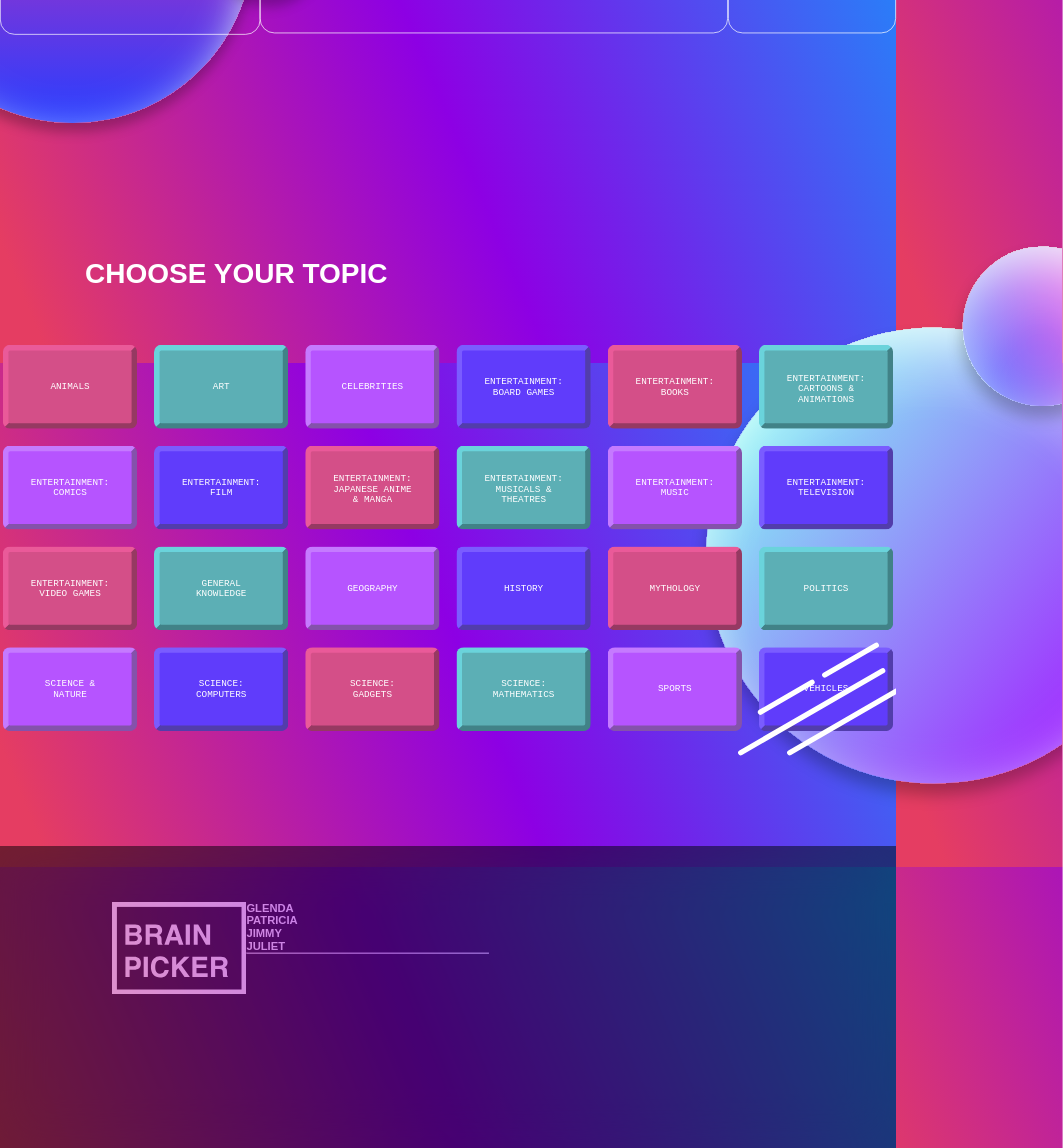
Repository: pjiang604/COMP-2170_Final-Project
Page: index.html
These files come from the project's save history. The page is drawn as it stood at one moment and after the next save; the edit follows.
The browser window is 1280 px wide. The page is 1518 px wide, so the pictures cover 1518 px, including what lies to the right of the window. The pictures show the part of the page from y = 922 to 2562 px (the page is 2562 px tall), at 70% of full size.
Backgrounds fixed to the window are drawn as part of the page.

Above is the page before, as saved 2023-04-30 14:28:13.

After the next save:
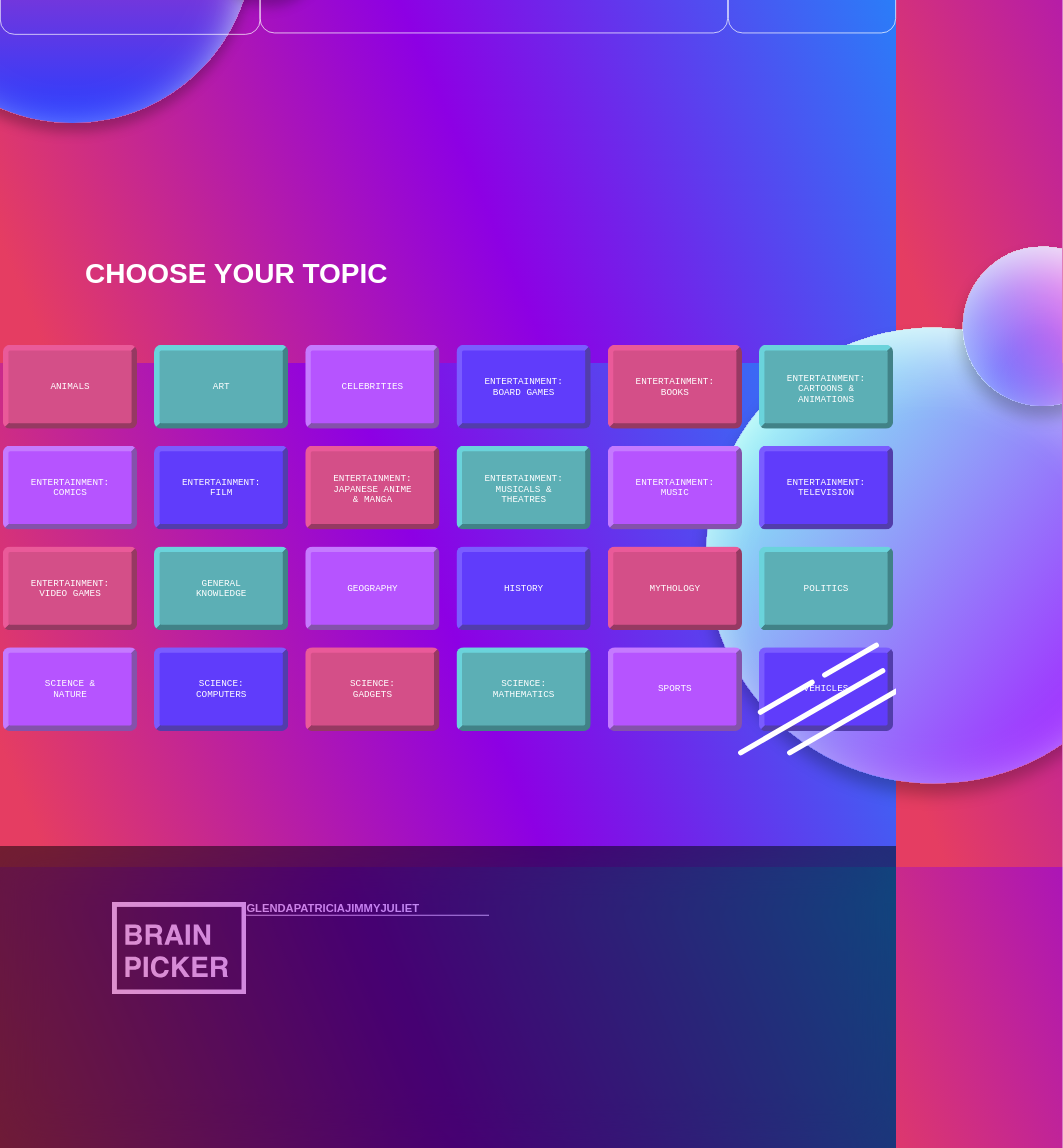
Saved 15 s later.
--- a/style.css
+++ b/style.css
@@ -286,4 +286,5 @@ body {
 }
 .names_container{
  color: var(--white);
-}
+ display: flex;
+}
